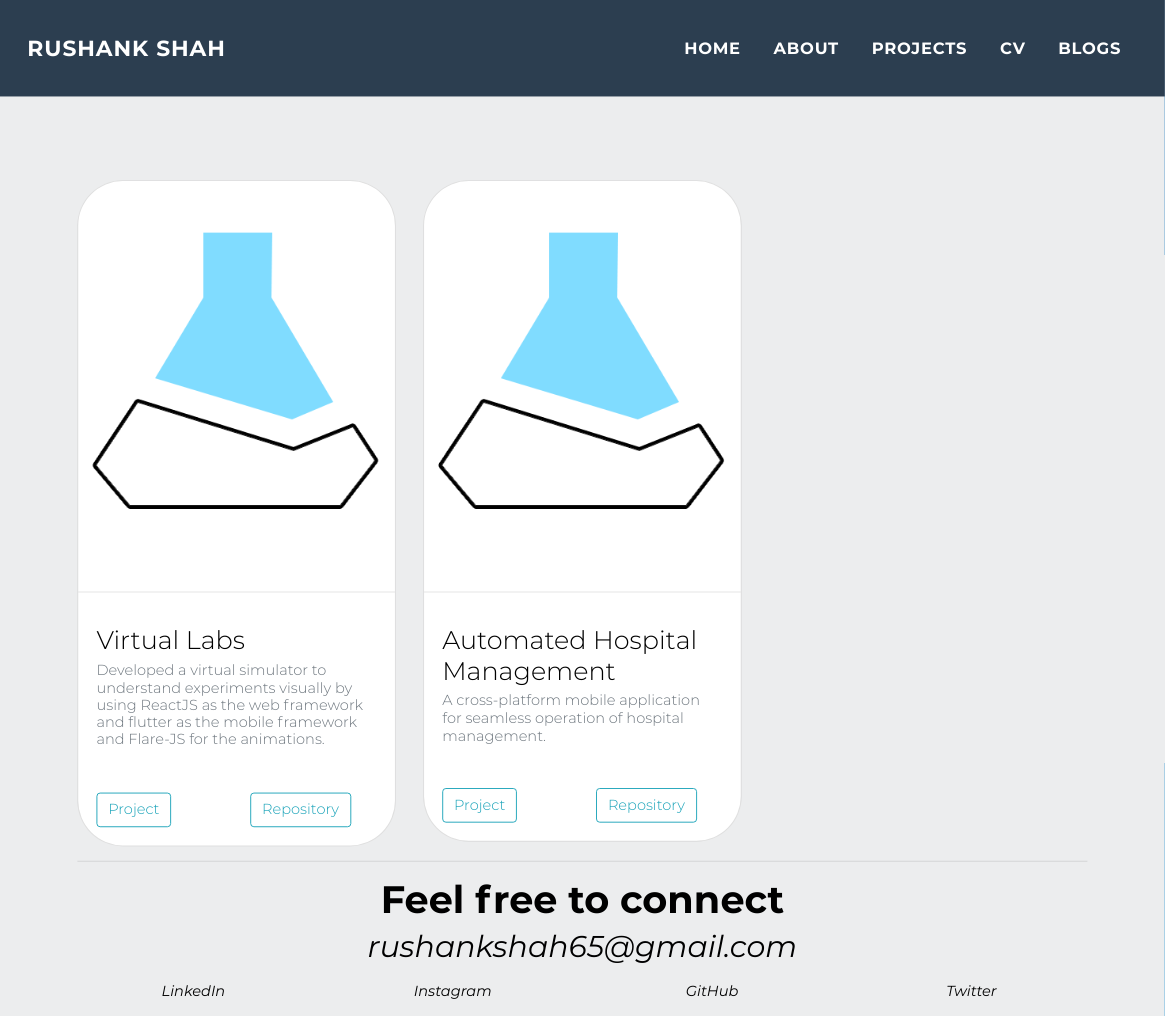
Repository: rushankshah/rushank-shah
Page: /projects
These files come from the project's save history. The page is drawn as it stood at one moment and after the next save; the edit follows.
The browser window is 1280 px wide. The pictures show the whole page, at 91% of full size.
The project was rebuilt for these pictures with package versions that can differ from the ones it lists, and the page was loaded fresh each time. The framework's server and built-in components were replaced by stand-ins that run in the browser. Also part of the build but not shown: next.config.js.

Above is the page before, as saved 2020-12-02 20:28:33.

After the next save:
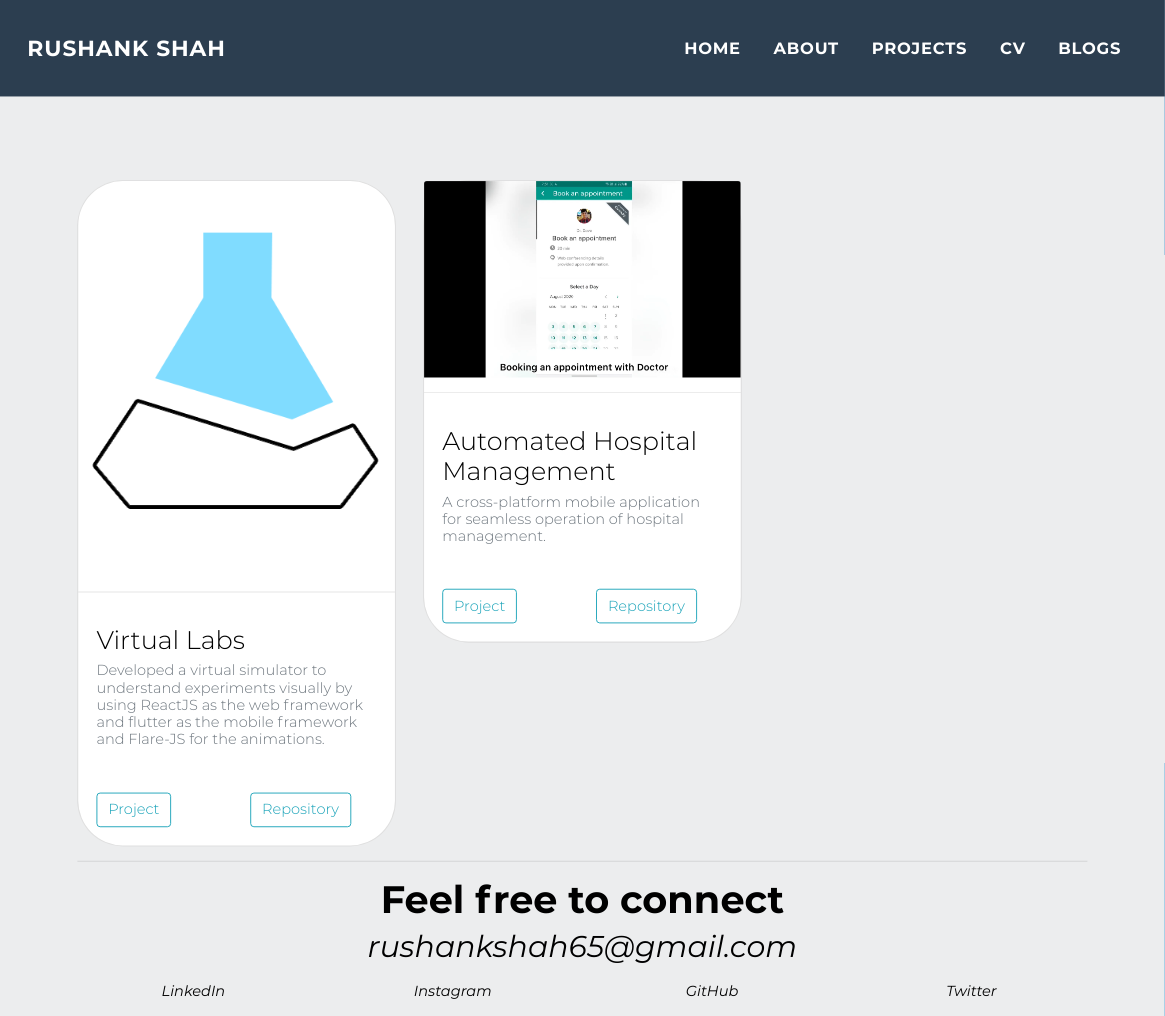
Saved 4 min 32 s later.
--- a/pages/projects.js
+++ b/pages/projects.js
@@ -30,7 +30,7 @@
                     </Col>
                     <Col md='4'>
                         <Card className='intro custom-card'>
-                            <CardImg width='25%' top src="/static/images/virtual-labs-logo.png" alt="Card image cap"></CardImg>
+                            <CardImg width='25%' top src="/static/images/Healthcare.png" alt="Card image cap"></CardImg>
                             <hr></hr>
                             <CardBody>
                                 <CardTitle tag='h3'>
